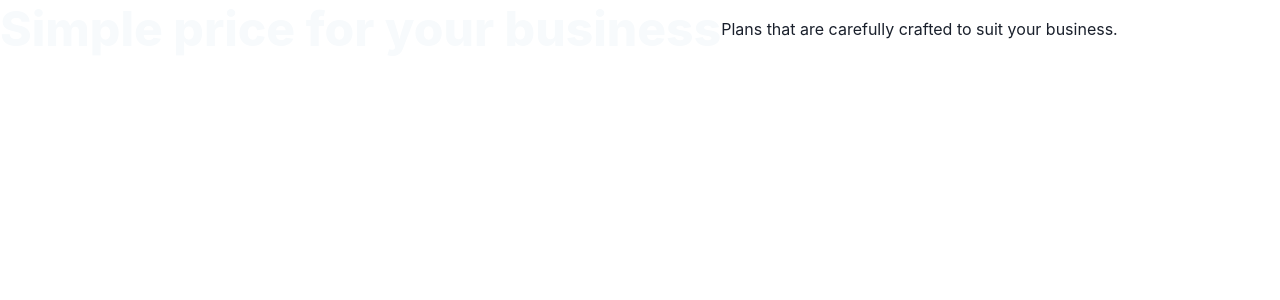
Repository: noutijo/learn-in-depth-chakra-ui
Page: /
These files come from the project's save history. The page is drawn as it stood at one moment and after the next save; the edit follows.
The browser window is 1280 px wide. The pictures show the whole page.
The project was rebuilt for these pictures with package versions that can differ from the ones it lists, and the page was loaded fresh each time. Also part of the build but not shown: vite.config.ts.

Above is the page before, as saved 2023-01-30 14:52:18.

After the next save:
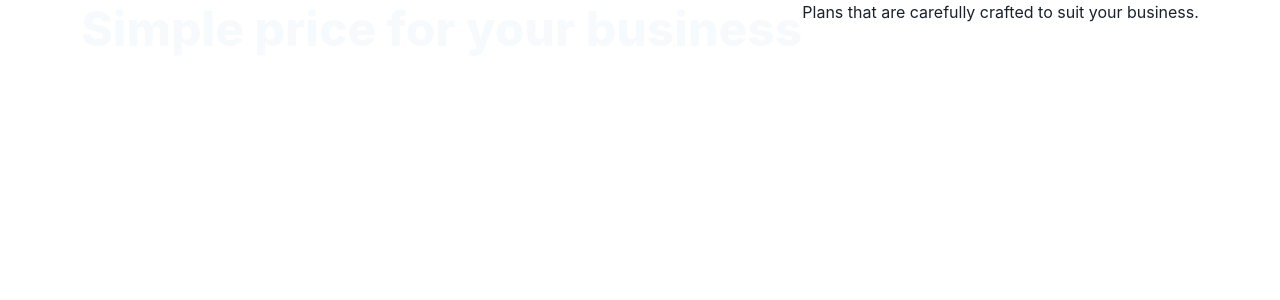
Saved 18 s later.
--- a/src/components/Header.tsx
+++ b/src/components/Header.tsx
@@ -3,7 +3,7 @@ import { Box, Heading, Text, Flex } from "@chakra-ui/react";
 
 export function Header() {
   return (
-      <Flex align="center" directon="colunm">
+      <Flex justify="center" directon="colunm">
         <Heading fontWeight={800} fontSize={"48px"} color="#F7FAFC">Simple price for your business</Heading>
         <Text>Plans that are carefully crafted to suit your business.</Text>
       </Flex>
